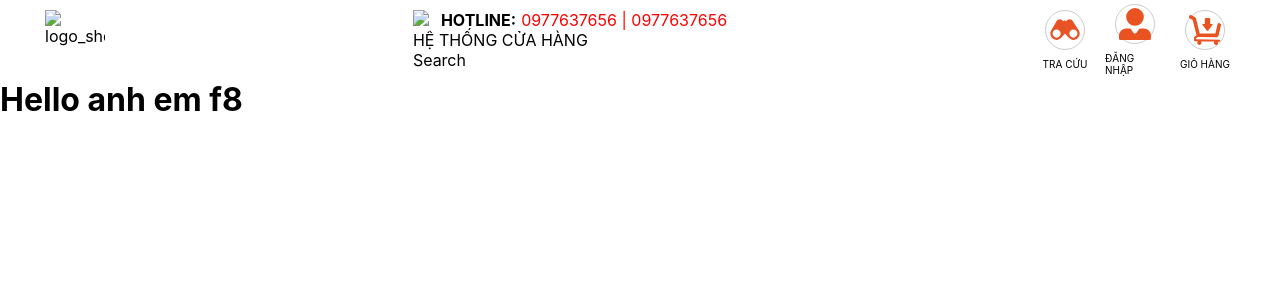
Repository: manhhieu120499/BadmintonShop
Page: /
An editor plug-in stored every save of this project. The page is shown before and after the next save, followed by the edit.
The browser window is 1280 px wide. The pictures show the whole page.
The project was rebuilt for these pictures with package versions that can differ from the ones it lists, and the page was loaded fresh each time.

Above is the page before, as saved 2024-08-19 10:50:29.

After the next save:
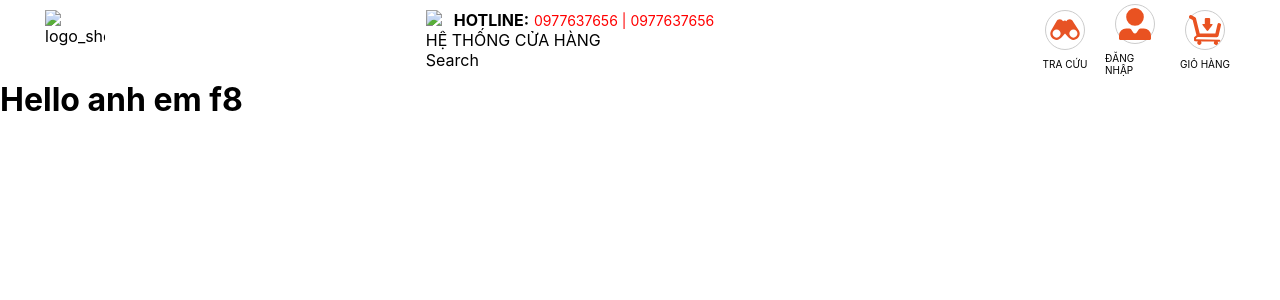
Saved 9 s later.
--- a/src/layouts/components/Header/Header.module.scss
+++ b/src/layouts/components/Header/Header.module.scss
@@ -28,7 +28,7 @@
 }
 
 .contact_number > span {
-	font-size: 16px;
+	font-size: 14px;
 	color: red;
 }
 
